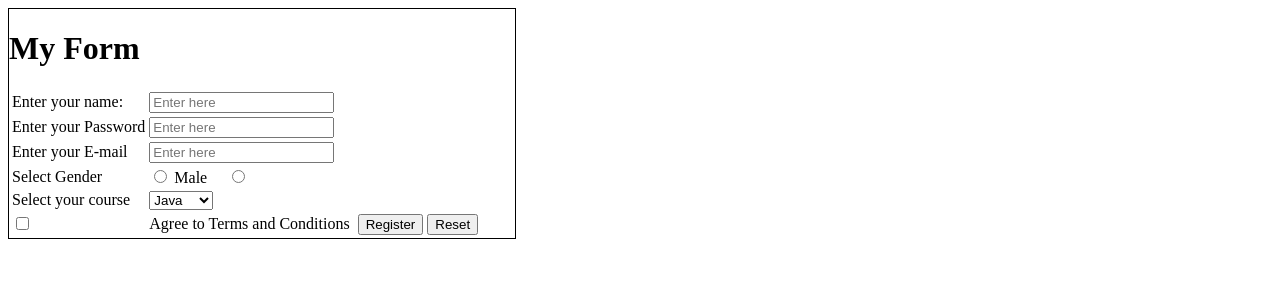
Repository: Amit7Akt/EJB
Page: FormSubmission/src/main/webapp/index.html
The author's editor kept a copy of each file at every save. The page is drawn from the files as they stood at one save, then again after the next save.
The browser window is 1280 px wide. The pictures show the whole page.

Above is the page before, as saved 2022-11-22 06:41:51.

### FormSubmission/src/main/webapp/index.html
<!DOCTYPE html>
<html lang = "en">
	<head>
		<meta charset= "UTF-8">
		<title>Form Page</title>
		<style type="text/css">
			.container{
				width: 40%;
				border : 1px solid black;
				margin auto;
				}


		</style>

	</head>
	<body>
		<div class = "container">
			<h1> My Form</h1>
			<form action = "RegisterServlet " mehod = "post">
				<table>
					<tr>
						<td>Enter your name:</td>
						<td> <input type = "text" name = "user_name" placeholder = "Enter here"/> </td>
					</tr>
					<tr>
						<td>Enter your Password	</td>
						<td><input type = "Password" name = "user_password" placeholder= "Enter here"/></td>
					</tr>
					<tr>
						<td>Enter your E-mail</td>
						<td><input type = "email" name = "user_name" placeholder = "Enter here" /> </td>
					</tr>

					<tr>
						<td> Select Gender</td>
						<td> <input type = "radio" name = "user_gender" value = "male"> Male &nbsp; &nbsp; <input type = "radio" name = "user_gender" value = "female"></td>
					</tr>

					<tr>
						<td>
							Select your course
						</td>
						<td>
							<select name = "user_course" >
								<option value ="Java"> Java</option>
								<option value = "Php"> Php </option>
								<option value = "Python"> Python </option>
								<option value = "Ruby">Ruby </option>
							</select>
						</td>
					</tr>

					<tr>
						<td style = "text_align: center">
							<input type = "checkbox" value= "checked" name = "condition" />
						</td>
						<td>
							Agree to Terms and Conditions
						</td>

						<td>

						</td>

						<td>
							<button type = "submit"> Register</button>
							<button type = "reset"> Reset</button>
						</td>




				</table>

			</form>

		</div>

	</body>

</html>

After the next save:
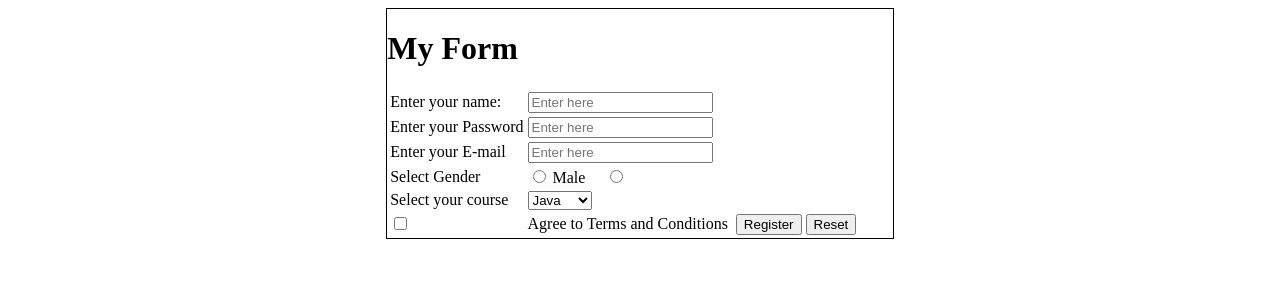
Saved 6 s later.
--- a/FormSubmission/src/main/webapp/index.html
+++ b/FormSubmission/src/main/webapp/index.html
@@ -7,7 +7,7 @@
 			.container{
 				width: 40%;
 				border : 1px solid black;
-				margin auto;
+				margin: auto;
 				}
 
 
